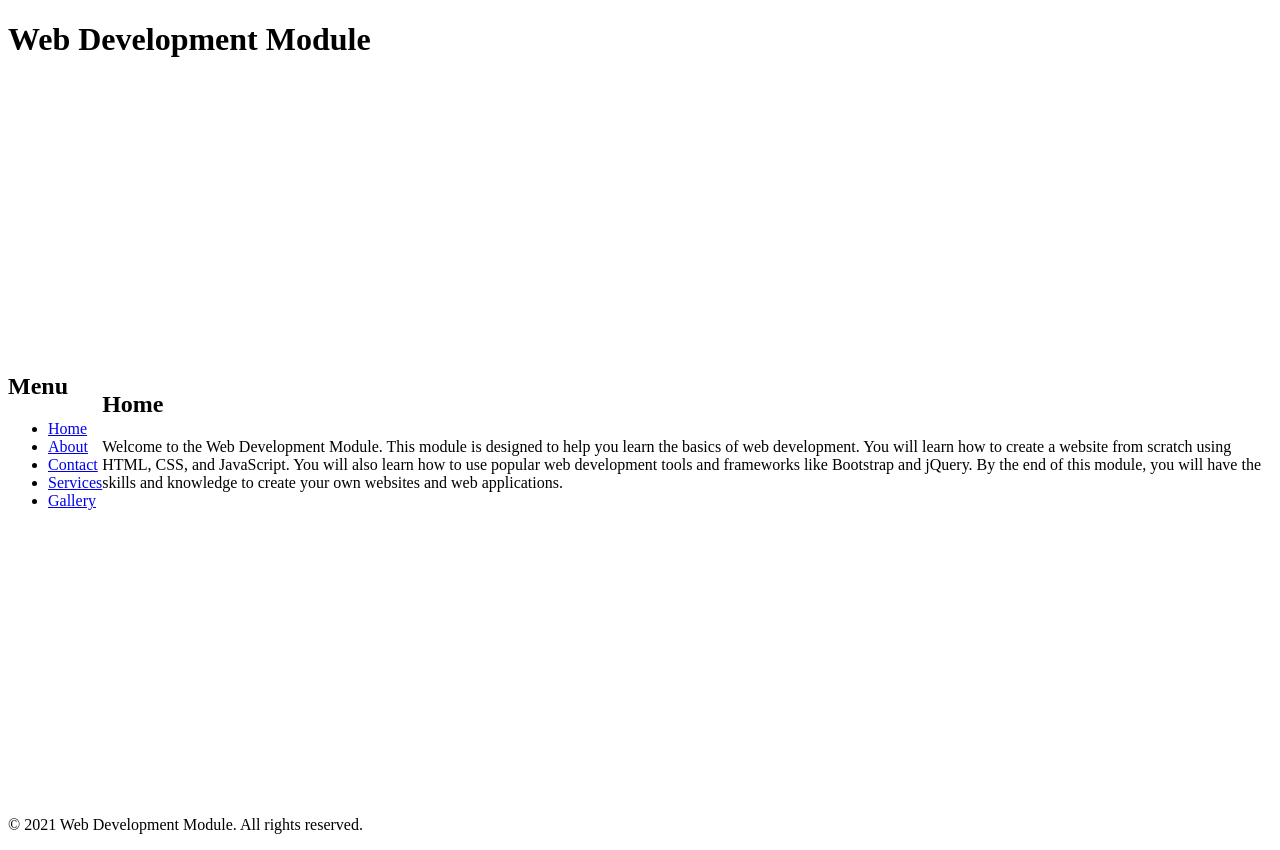
Repository: Haakim19/WebDevelopment
Page: Main.html
The author's editor kept a copy of each file at every save. The page is drawn from the files as they stood at one save, then again after the next save.
The browser window is 1280 px wide. The pictures show the whole page.

Above is the page before, as saved 2024-10-02 14:27:57.

After the next save:
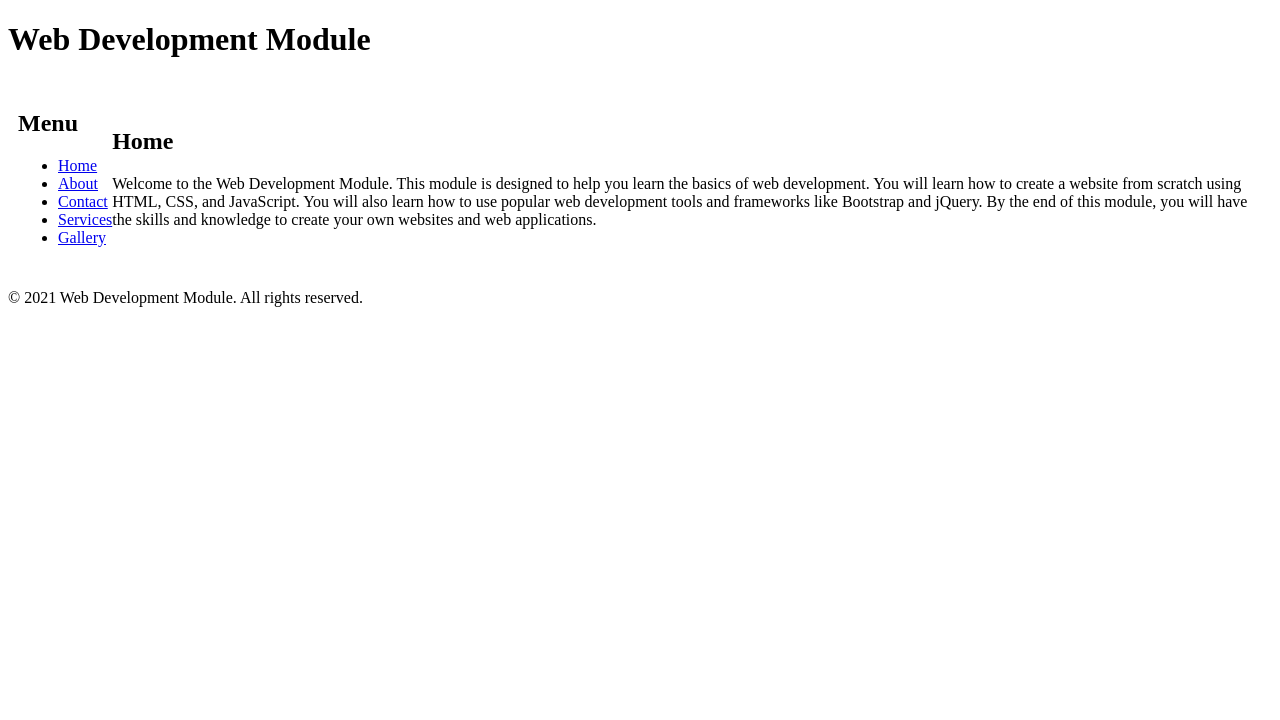
Saved 17 s later.
--- a/Main.css
+++ b/Main.css
@@ -6,5 +6,5 @@
     display: flex;
     justify-content: center;
     align-items: center;
-    height: 100vh;
+    padding: 10px;
 }
